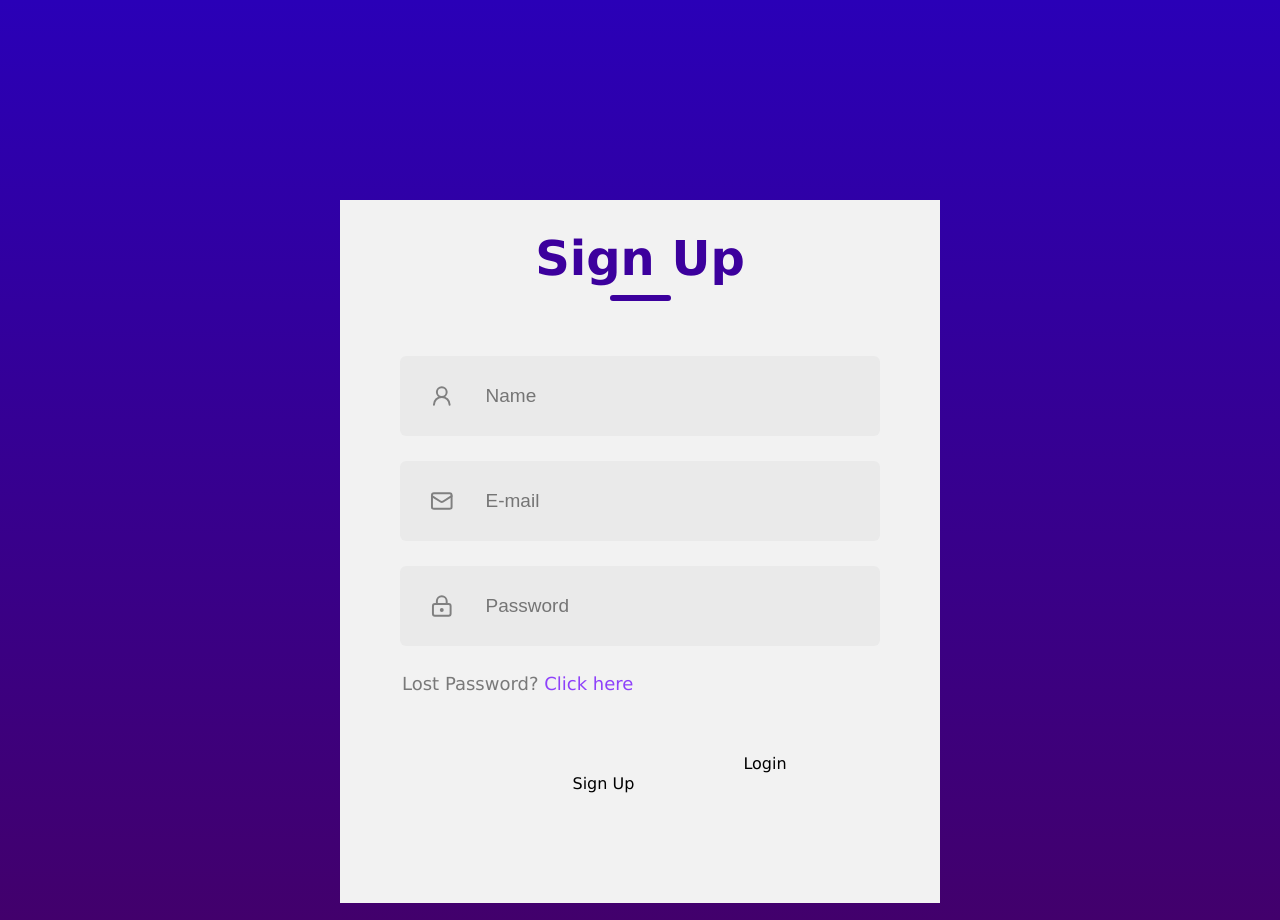
Repository: guilhermecardoso93/login-page
Page: /
The author's editor kept a copy of each file at every save. The page is drawn from the files as they stood at one save, then again after the next save.
The browser window is 1280 px wide. The pictures show the whole page.
The project was rebuilt for these pictures with package versions that can differ from the ones it lists, and the page was loaded fresh each time. Also part of the build but not shown: vite.config.js.

Above is the page before, as saved 2024-10-22 19:34:10.

### index.html
<!doctype html>
<html lang="en">
  <head>
    <meta charset="UTF-8" />
    <link rel="icon" type="image/svg+xml" href="" />
    <meta name="viewport" content="width=device-width, initial-scale=1.0" />
    <title>Login | SignUp</title>
  </head>
  <body>
    <div id="root"></div>
    <script type="module" src="/src/main.jsx"></script>
  </body>
</html>

### src/App.jsx
import { Login } from "./components/Login/Login";

export default function App() {
  return (
    <>
      <Login />
    </>
  );
}

### src/index.css
body {
  margin: 0;
  font-family: 'Lucida Sans', 'Lucida Sans Regular', 'Lucida Grande', 'Lucida Sans Unicode', Geneva, Verdana, sans-serif;
  -webkit-font-smoothing: antialiased;
  -moz-osx-font-smoothing: grayscale;
  height: 100vh;
  background: linear-gradient(#2A00B7, #42006c);
}

code {
  font-family: source-code-pro, Menlo, Monaco, Consolas, "Courier New", monospace;
}

### src/components/Login/Login.jsx
import { UserRound, Mail, LockKeyhole } from "lucide-react";
import "./Login.css";

export const Login = () => {
  return (
    <div className="container">
      <header>
        <span>Sign Up</span>
        <div className="underline"></div>
      </header>{" "}
      <div className="inputs">
        <div className="input">
          <UserRound color="gray" size={24} className="icon" />
          <input type="text" placeholder="Name"/>
        </div>

        <div className="input">
          <Mail color="gray" size={24} className="icon" />
          <input type="email" placeholder="E-mail" />
        </div>

        <div className="input">
          <LockKeyhole color="gray" size={24} className="icon" />
          <input type="password" placeholder="Password" />
        </div>
      </div>
      <div className="forgot-password">
        Lost Password? <span>Click here</span>
      </div>
      <div className="submit-container">
        <div className="submit">Sign Up</div>
        <div className="login">Login</div>
      </div>
    </div>
  );
};

### src/components/Login/Login.css
.container {
  display: flex;
  flex-direction: column;
  margin: auto;
  margin-top: 200px;
  width: 600px;
  padding-bottom: 30px;
  background: #f2f2f2;
}

header {
  display: flex;
  flex-direction: column;
  align-items: center;
  gap: 9px;
  width: 100%;
  margin-top: 30px;
}

header span {
  color: #3c009d;
  font-size: 48px;
  font-weight: 700;
}

.underline {
  width: 61px;
  height: 6px;
  background-color: #3c009d;
  border-radius: 9px;
}

.inputs {
  margin-top: 55px;
  display: flex;
  flex-direction: column;
  gap: 25px;
}

.input {
  display: flex;
  align-items: center;
  justify-content: center;
  margin: auto;
  width: 480px;
  height: 80px;
  background-color: #eaeaea;
  border-radius: 6px;
}

.input .icon {
  margin: 0px 30px;
}

.input input {
  height: 50px;
  width: 400px;
  background: transparent;
  border: none;
  outline: none;
  color: #797979;
  font-size: 19px;
}

.forgot-password {
  padding-left: 62px;
  margin-top: 27px;
  color: #797979;
  font-size: 18px;
}

.forgot-password span {
  color: #8e41fa;
  cursor: pointer;
}

.forgot-password span:hover {
  color: #3c009d;
}

.submit-container {
  display: flex;
  gap: 30px;
  margin: 60px auto;
}

.submit {
  display: flex;
  justify-content: center;
  align-items: center;
  width: 220px;
  height: 59px;
}

Loaded but not shown: src/main.jsx (common file)

After the next save:
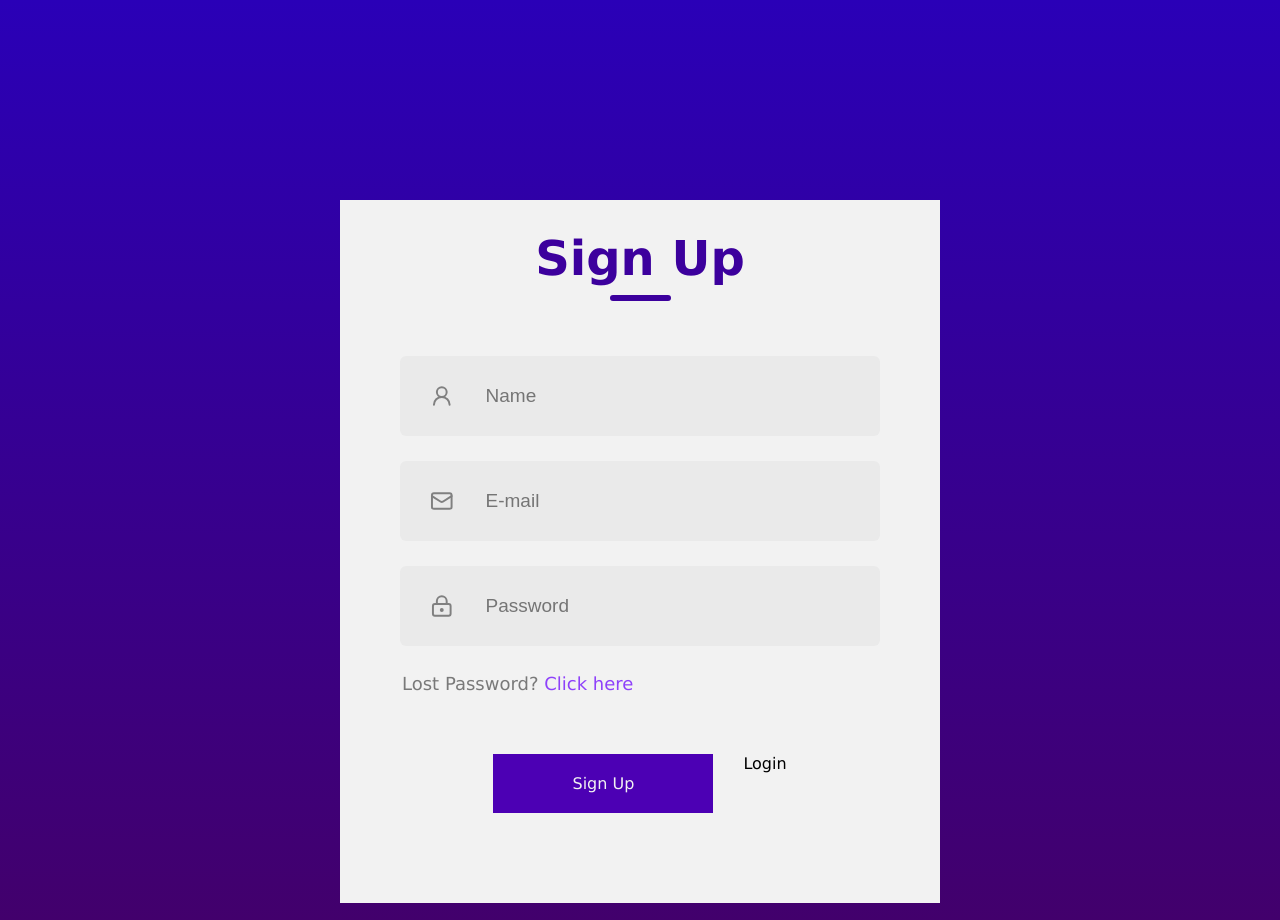
Saved 27 s later.
--- a/src/components/Login/Login.css
+++ b/src/components/Login/Login.css
@@ -90,4 +90,6 @@ header span {
   align-items: center;
   width: 220px;
   height: 59px;
+  color: #f2f2f2;
+  background-color: #4c00b4;
 }
